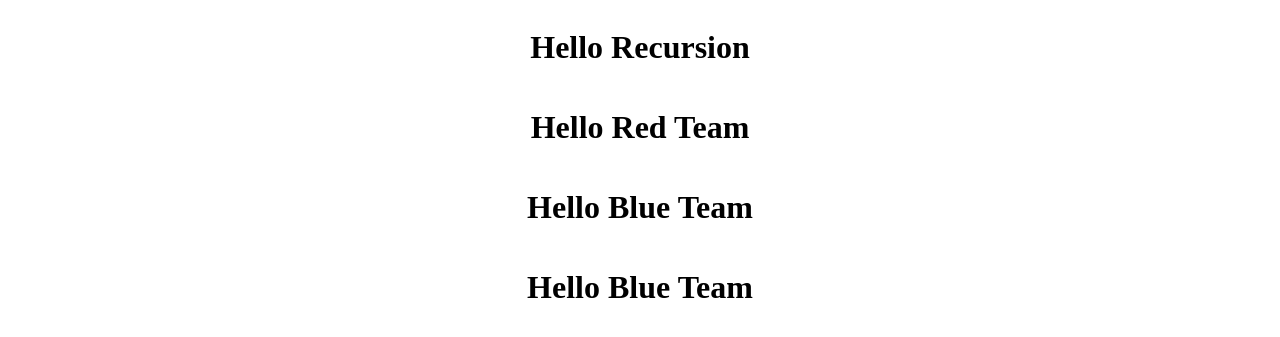
Repository: beginner-teamF/task1
Page: index.html
These files come from the project's save history. The page is drawn as it stood at one moment and after the next save; the edit follows.
The browser window is 1280 px wide. The pictures show the whole page.

Above is the page before, as saved 2024-02-28 13:21:45.

After the next save:
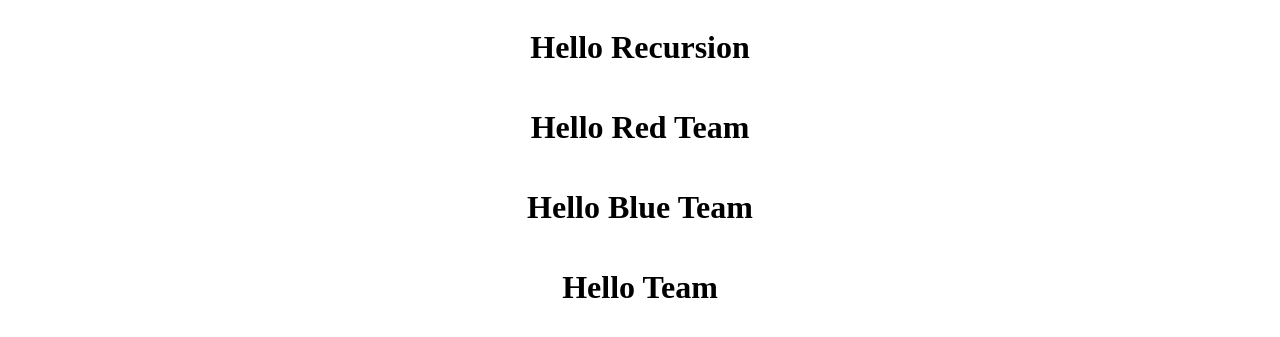
Saved 10 s later.
--- a/index.html
+++ b/index.html
@@ -12,6 +12,6 @@
         <h1>Hello Recursion</h1>
         <h1>Hello Red Team</h1>
         <h1>Hello Blue Team</h1>
-        <h1>Hello Blue Team</h1>
+        <h1>Hello  Team</h1>
     </div>
 </body>
